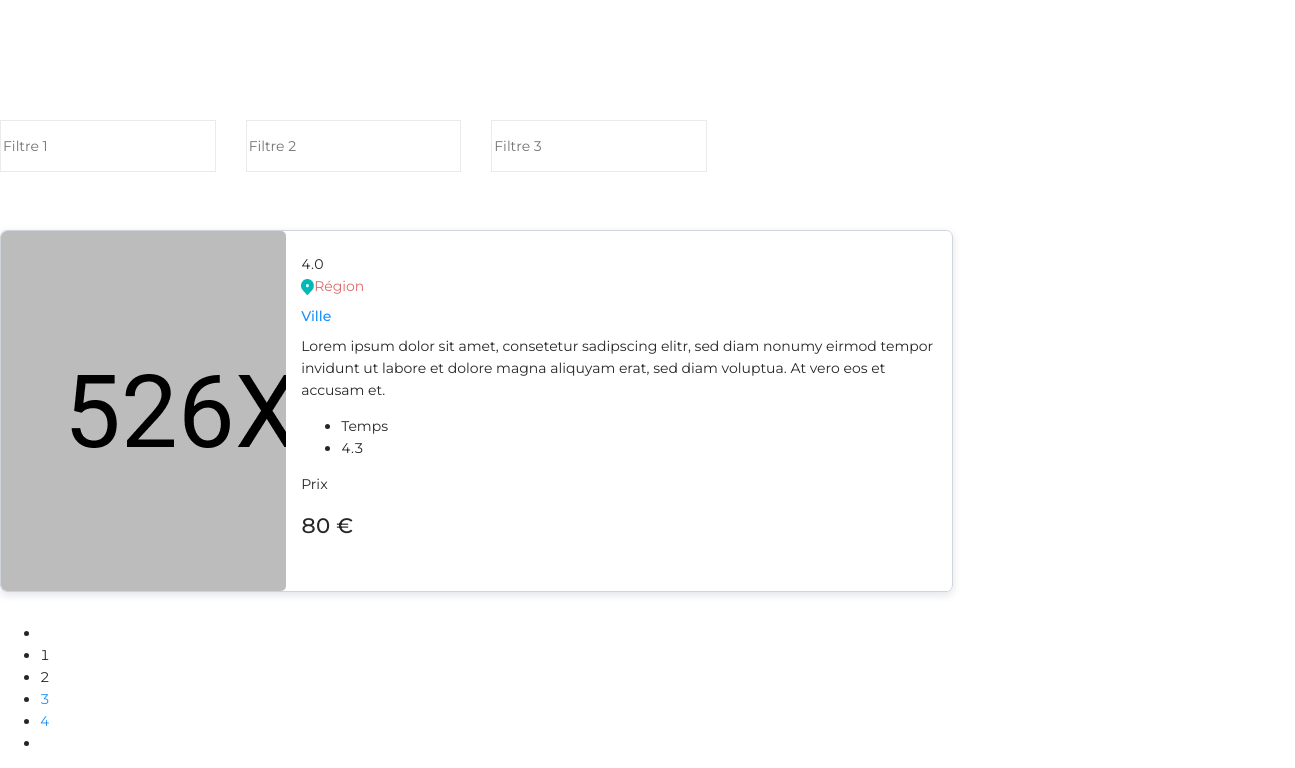
Repository: Emerson1220/projet-neofeel-lacapsule
Page: /roadPlanner (app in reactapp/)
The author's editor kept a copy of each file at every save. The page is drawn from the files as they stood at one save, then again after the next save.
The browser window is 1280 px wide. The page is 1295 px wide, so the pictures cover 1295 px, including what lies to the right of the window. The pictures show the whole page.
The project was rebuilt for these pictures with package versions that can differ from the ones it lists, and the page was loaded fresh each time. Also part of the build but not shown: reactapp/src/Nav.js, reactapp/src/ScreenHome.js.

Above is the page before, as saved 2021-05-18 10:45:30.

After the next save:
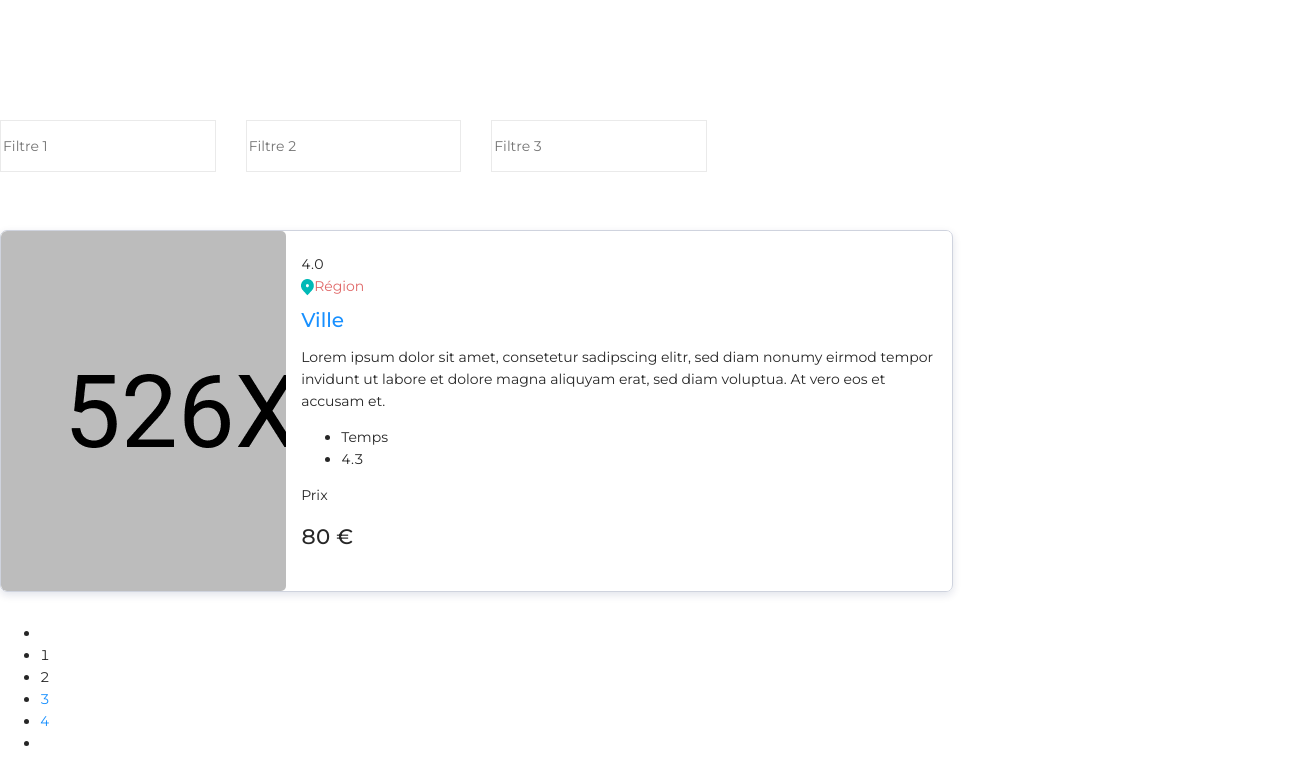
Saved 2 min 21 s later.
--- a/reactapp/src/screens/ScreenRoadPlanner.js
+++ b/reactapp/src/screens/ScreenRoadPlanner.js
@@ -55,7 +55,7 @@ function ScreenRoadPlanner() {
                                         </div>
 
                                         <p style={{ color: '#e06868', marginBottom: '8px'}}><img src="images/icone-geo.png" alt="map" />Région</p>
-                                        <h4 style={{ color: '#e06868', marginBottom: '8px'}}><Link to="/">Ville</Link></h4>
+                                        <h4 style={ styles.h4 } ><Link to="/">Ville</Link></h4>
                                         <p className="content">Lorem ipsum dolor sit amet, consetetur sadipscing elitr, sed diam nonumy eirmod tempor invidunt ut labore et dolore magna aliquyam erat, sed diam voluptua. At vero eos et accusam et.</p>
 
                                         <div className="list-price-meta">
@@ -205,6 +205,11 @@ let styles = {
         color: '#d4d4d4',
     },
 
+    h4:{
+        fontSize: '20px',
+        color: '#e06868',
+    },
+
 
 
     }
